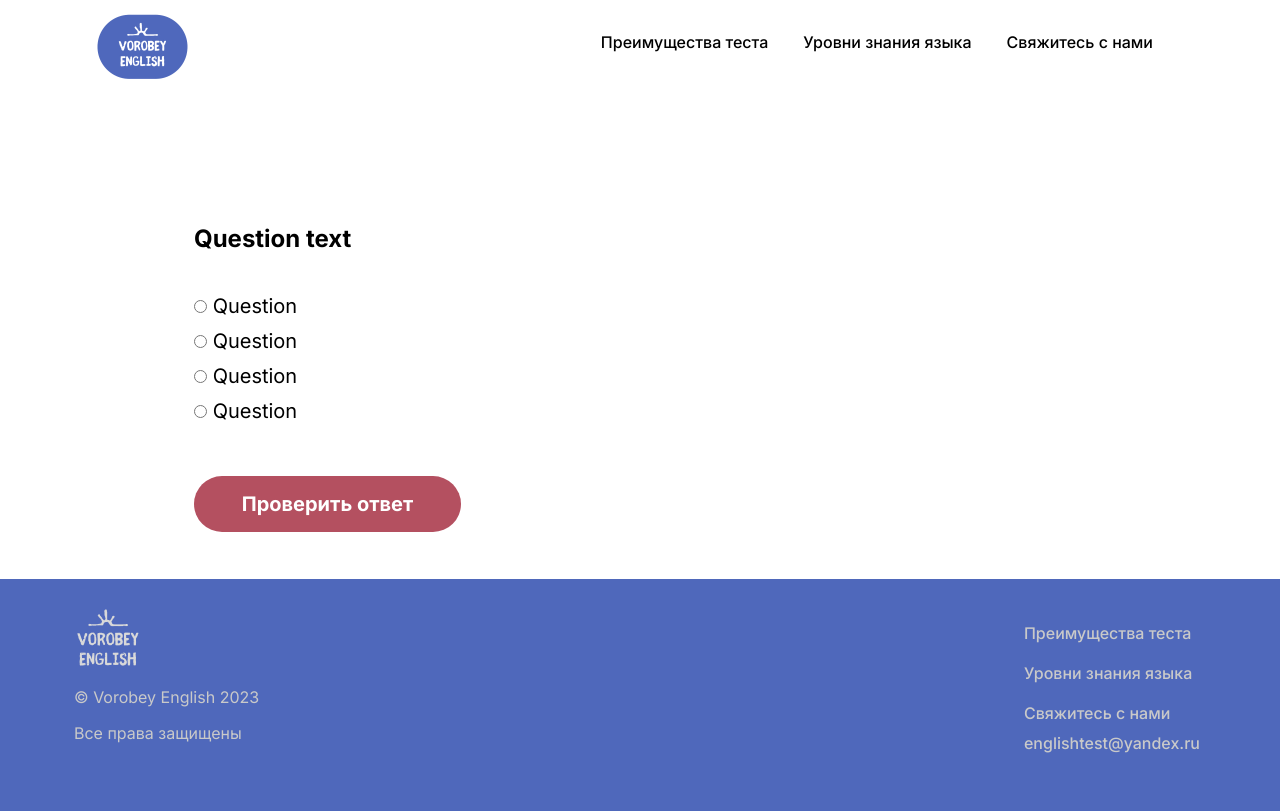
Repository: WladimirVA/PP-01-01_Dandelions
Page: test.html
The author's editor kept a copy of each file at every save. The page is drawn from the files as they stood at one save, then again after the next save.
The browser window is 1280 px wide. The pictures show the whole page.
The pointer rests on the first visible `#submit`.

Above is the page before, as saved 2023-01-30 17:58:14.

### test.html
<!DOCTYPE html>
<html lang="ru">
<head>
    <meta charset="UTF-8">
    <meta http-equiv="X-UA-Compatible" content="IE=edge">
    <meta name="viewport" content="width=device-width, initial-scale=1.0">
    <link href="./static/css/style.css" rel="stylesheet" type="text/css">
    <link href="./static/css/test.css" rel="stylesheet" type="text/css">
    <link href="./static/css/fonts.css" rel="stylesheet" type="text/css">
    <link rel="icon" sizes="16x16" href="./static/img/Иконка _Лого_ (1_1).svg" type="image/x-icon">
    <title>Dandelions</title>
</head>
<body>
    <header class="header" di="HOME">
        <div class="section">
            <div class="section-header">
                <div class="logo">
                    <img src="./static/img/Иконка _Лого_ (1).svg">
                </div>
                <nav>
                    <ul class="header-nav">
                        <li><a class="link" href="./Index.html">Преимущества теста</a></li>
                        <li><a class="link" href="./Index.html">Уровни знания языка</a></li>
                        <li><a class="link" href="#">Свяжитесь с нами</a></li>
                    </ul>
                </nav>
            </div>
        </div>
        <form class="quiz-box" id="quiz" method="post">
            <div class="quiz-header">
                <h2 id="question">Question text</h2>
                <ul>
                    <li>
                        <input type="radio" name="answer" id="a" class="answer" onchange="document.getElementById('submit').disabled = !this.checked;">
                        <label for="a" id="a_text">Question</label>
                    </li>
                    <li>
                        <input type="radio" name="answer" id="b" class="answer" onchange="document.getElementById('submit').disabled = !this.checked;">
                        <label for="b" id="b_text">Question</label>
                    </li>
                    <li>
                        <input type="radio" name="answer" id="c" class="answer" onchange="document.getElementById('submit').disabled = !this.checked;">
                        <label for="c" id="c_text">Question</label>
                    </li>
                    <li>
                        <input type="radio" name="answer" id="d" class="answer" onchange="document.getElementById('submit').disabled = !this.checked;">
                        <label for="d" id="d_text">Question</label>
                    </li>
                </ul>
            </div>
            <div class="button-test">
                <button class="button test_button" id="submit" disabled>Проверить ответ</button>
            </div>
        </form>
    </header>
    <footer class="FOOTER">
        <div class="section">
            <div class="section-footer">
                <div class="footer-logo">
                    <img src="./static/img/Vector (3).svg">
                    <p class="footer-logo-p">© Vorobey English 2023</p>
                    <p class="footer-logo-p2">Все права защищены</p>
                </div>
                <div class="footer-navi">
                    <nav>
                        <ul class="footer-nav">
                            <li><a class="footer-link" href="#HOME">Преимущества теста</a></li>
                            <li><a class="footer-link" href="#HOME">Уровни знания языка</a></li>
                            <li><a class="footer-link" href="#HOME">Свяжитесь с нами</a></li>
                        </ul>
                    </nav>
                    <p><a class="footer-link" href="mailto:englishtest@yandex.ru">englishtest@yandex.ru</a></p>
                </div>

            </div>
        </div>
    </footer>

</body>

</html>

### static/css/style.css
body {
    scroll-behavior: smooth;
    align-items: center;
    width: 100%;
    max-width: 1366px;
    margin: auto;
    font-family: 'Inter', 'Work Sans', "NunitoSans-Light", Arial, Helvetica, sans-serif;
}

.section {
    margin: 0 auto;
    max-width: 1366px;
}

* {
    margin: 0;
    padding: 0;
}
.header {
    margin-left: 59px;
    margin-right: 92px;
}
.section-header {
    justify-content: space-between;
    height: 83px;
    width: 100%;
    display: flex;
    align-items: center;
}
.logo {
    width: 84px;
    height: auto;
}
.header-nav {
    display: flex;
    list-style-type: none;
}
.link {
    text-decoration: none;
    /* cursor: pointer; */
    font-family: 'Inter';
    font-weight: 500;
    font-size: 16px;
    line-height: 19px;
    color: #000000;
}
.header-nav li {
    margin-right: 35px;
}

.HOME {
    margin-top: 64px;
    margin-left: 93px;
    margin-right: 92px;
    background-color: #FEF6F3;
}
.section-home {
    align-items: center;
    display: flex;
    justify-content: space-between;
    margin-top: -90px;
}


.title {
    font-family: 'Work Sans';
    font-style: normal;
    font-weight: 600;
    font-size: 40px;
    line-height: 48px;
    display: flex;
    align-items: center;
    letter-spacing: 0.02em;
    text-transform: uppercase;
}
.home_p {
    font-family: 'Work Sans';
    font-style: normal;
    font-weight: 400;
    font-size: 20px;
    line-height: 24px;
    margin-top: 43px;
}

.home_ul {
    margin-top: 35px;
}
.home_li {
    list-style-type: none;
    margin-top: 12px;
    font-family: 'Inter';
    font-style: normal;
    font-weight: 400;
    font-size: 16px;
    line-height: 20px;
}

.check {
    margin-bottom: -7px;
    margin-right: 16px;
}

.buttonsHome {
    margin-top: 68px;
}
.button_home {
    background: #FBC815;
    border-radius: 50px;
    width: 267px;
    height: 56px;
    font-family: 'Inter';
    font-style: normal;
    font-weight: 700;
    font-size: 20px;
    line-height: 24px;
    border: 0;
    cursor: pointer;
}

.button_home:hover {
    background-color: #BC9F3B;
}

.button_home:active {
    background-color: #FDE07D;
}

.image-home {
    max-width: 747px;
    max-height: 496px;
}

.title_2 {
    display: block;
    margin-top: 100px;
    padding-top: 68px;
    text-transform: none;
    font-family: 'Work Sans';
    font-style: normal;
    font-weight: 800;
    font-size: 36px;
    line-height: 48px;
    align-items: center;
    text-align: center;
}

.WHY-TEST {
    background-color: #FDE4D3;
    Height: 616px;
}

.section-home-2 {
    align-items: center;
    display: flex;
    justify-content: space-around;
    margin-top: 20px;
}

.home-text {
    width: 490px;
}

.p-text {
    margin-top: 32px;
}

.ADVAN_TEST {
    background: #4F68BB;
    color: white;
    height: 712px;
    padding-top: 63px;
    /* margin-top: 120px; */
}

.content_img {
    margin-top: -215px;
    text-align: end;
    margin-right: 50px;
}

.rot-sheet {
    margin: 0 -34px 90px 0px;
}

.rot-sheet-1 {
    margin: 0 -35px 90px 0px;
}

.rot-img1 {
    width: 117px;
    margin-top: 11px;
    margin-right: -20px;
}

.rot-img2 {
    width: 65px;
    margin-bottom: -35px;
}

.rot-img3 {
    width: 78px;
    margin-bottom: 20px;
    margin-left: -20px;
}

img.rot {
    animation: 1s linear 0s normal none infinite running rot;
    -webkit-animation: 4s linear 0s normal none infinite running rot;
    /* width: 100px; */
  }
  @keyframes rot {
    0% {
      transform: rotate(0deg);
    }
    100% {
      transform: rotate(360deg);
    }
  }
  @-webkit-keyframes rot {
    0% {
      transform: rotate(0deg);
    }
    100% {
      transform: rotate(360deg);
    }
  }

  img.rot1 {
    animation: 1s linear 0s normal none infinite running rot1;
    -webkit-animation: 4s linear 0s normal none infinite running rot1;
    /* width: 100px; */
  }
  @keyframes rot1 {
    0% {
      transform: rotate(360deg);
    }
    100% {
      transform: rotate(0deg);
    }
  }
  @-webkit-keyframes rot1 {
    0% {
      transform: rotate(0deg);
    }
    100% {
      transform: rotate(360deg);
    }
  }


.content-ADVAN_TEST {
    display: flex;
    justify-content: space-evenly;
    margin-top: 75px;
}

.test-info {
   width: 300px;
}



.title_3 {
    display: block;
    text-transform: none;
    font-family: 'Work Sans';
    font-style: normal;
    font-weight: 800;
    font-size: 36px;
    line-height: 48px;
    align-items: center;
    text-align: center;
}

.advan-test {
    margin: 30px 0 30px 0;
    font-style: normal;
    font-weight: 700;
    font-size: 24px;
    line-height: 32px;
}

.advan-test-p {
    font-style: normal;
    font-weight: 400;
    font-size: 18px;
    line-height: 24px;
}

.advan-test-p-2 {
    margin: 65px 0 0 115px;
    max-width: 1117px;
}

.container {
    display: grid;
    grid-template-columns: repeat(3, 295px);
    justify-items: stretch;
    justify-content: space-around;;
    grid-template-rows: 100px 100px 100px;
    row-gap:  280px;
    margin-top: -30px;
}

.text_test img {
    margin-left: 700px;
}

.container-box h3 {
    font-style: normal;
    font-weight: 700;
    font-size: 32px;
    line-height: 36px;
}

.container-box-p {
    font-style: normal;
    font-weight: 700;
    font-size: 24px;
    line-height: 32px;
    margin: 60px 0 15px 0;
}

.container-box-p2 {
    font-style: normal;
    font-weight: 400;
    font-size: 16px;
    line-height: 24px;
}

.LANGUAGE_LEVELS {
    background-color:  #FEF6F3;
}

.content {
    padding-top: 66px;
}

.container-box {
    position: relative;
}

.box-1 h3 {
    position: absolute;
}

.cloud {
    margin: -11px 0 0 -80px;
    position: absolute;
}

.ball {
    display: block;
    position: inherit;
    margin-left:195px;
    margin-top: 30px;
}

.ball-2 {
    margin-left: 180px;
}

.ball-3 {
    display: block;
    margin-left: 335px;
    margin-top: -199px;
}

.button {
    text-align: center;
    background: #F03F5A;
    cursor: pointer;
    border-radius: 30px;
    border: 0;
}

.TEST {
    background-color: #FBCDA6;
    height: 352px;
}

.test_button {
    margin-top: 30px;
    width: 267px;
    height: 56px;
    font-family: 'Inter';
    font-style: normal;
    font-weight: 700;
    font-size: 20px;
    line-height: 24px;
}

.test_button:hover {
    background-color: #B45060;
}

.test_button:active {
    background-color: #F893A3;
}

.test-now {
    display: flex;
    justify-content: space-between;
    margin-left: 89px;
}

.test-now-text {
    text-align: center;
    margin-top: 15px;
}

.test-now-img {
    margin-top: -159px;
}

.FOOTER {
    background: #4F68BB;
    height: 232px;
    color: #C9C9C9;
}

.footer-logo-p {
    margin-top: -65px;
    margin-left: 74px;
}

.footer-logo-p2 {
    margin-top: 16px;
    margin-left: 74px;
}


.section-footer {
    display: flex;
    justify-content: space-between;
    align-items: center;
    max-width: 1200px;
}

.footer-logo {
    margin-top: -37px;
}

.footer-logo img {
    margin-top: -20px;
}

.footer-navi {
    margin-top: 34px;
}

.footer-nav {
    display: grid;
    list-style-type: none;
    line-height: 2.5;
}

.footer-link {
    text-decoration: none;
    font-family: 'Inter';
    font-weight: 500;
    font-size: 16px;
    line-height: 19px;
    color: #C9C9C9;
    list-style-type: none;
}

### static/css/test.css
body {
    max-width: 1366px;
    max-height: 825px;
    /* background-color: #C5C5C5; */
}

.header {

}

.quiz-box {
    margin: 146px 0 0 135px
}

.quiz-header ul {
    line-height: 24px;
    width: 214px;
    font-family: 'Inter';
    font-style: normal;
    font-weight: 400;
    font-size: 20px;
    line-height: 35px;
    list-style-type: none;
}

.quiz-header {
    font-family: 'Inter';
    font-style: normal;
    font-weight: 400;
    font-size: 16px;
    line-height: 20px;
}

.quiz-header h2 {
    margin-bottom: 40px;
}

.button-test {
    margin: 17px 0 47px 0;

}

.test_button {
    background: #4F68BB;
    color:#FFFFFF;
    cursor: pointer;
}

### static/css/fonts.css
@import url('https://fonts.googleapis.com/css2?family=Work+Sans:ital,wght@0,600;0,800;1,800&display=swap');


@import url('https://fonts.googleapis.com/css2?family=Inter:wght@400;500;600;700;800&family=Work+Sans:ital,wght@0,600;0,800;1,800&display=swap');

After the next save:
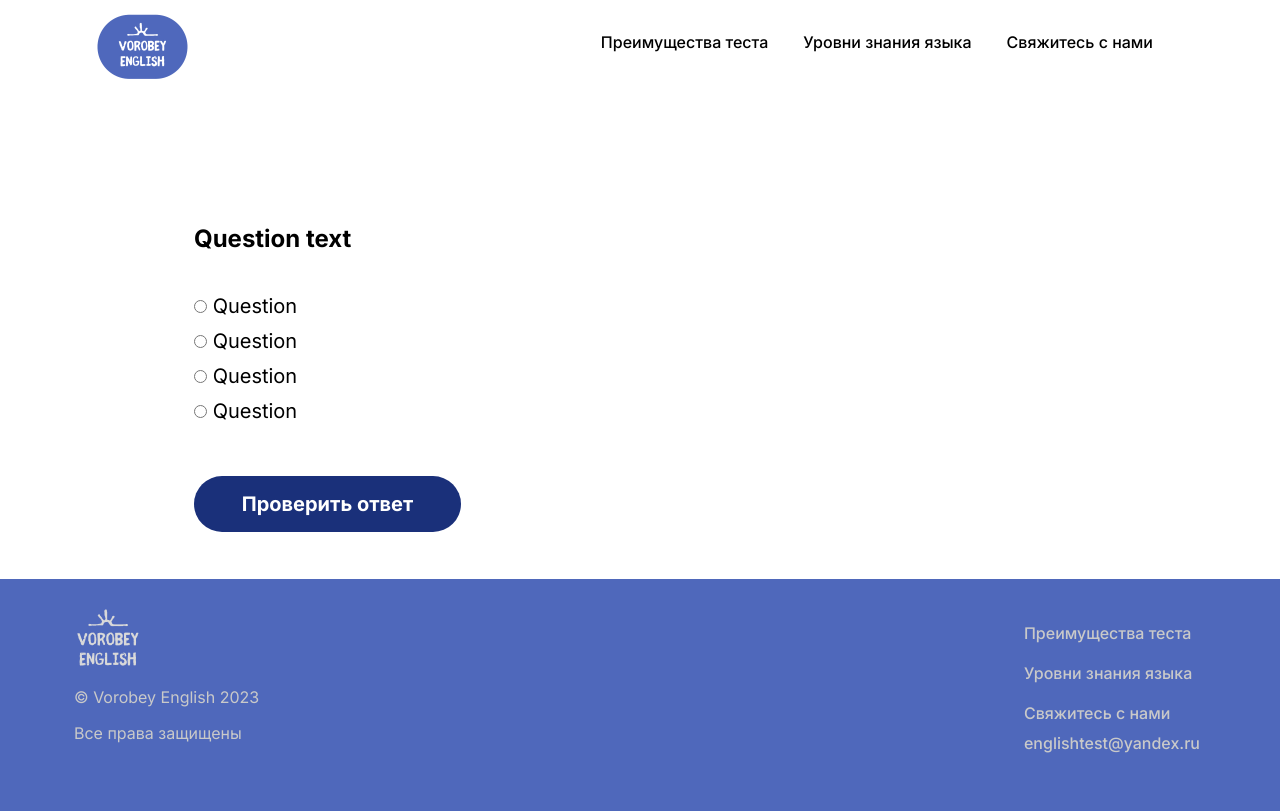
Saved 3 min 7 s later.
--- a/static/css/test.css
+++ b/static/css/test.css
@@ -45,3 +45,7 @@ body {
     color:#FFFFFF;
     cursor: pointer;
 }
+
+#submit:hover {
+    background-color: #1A307A;
+}
